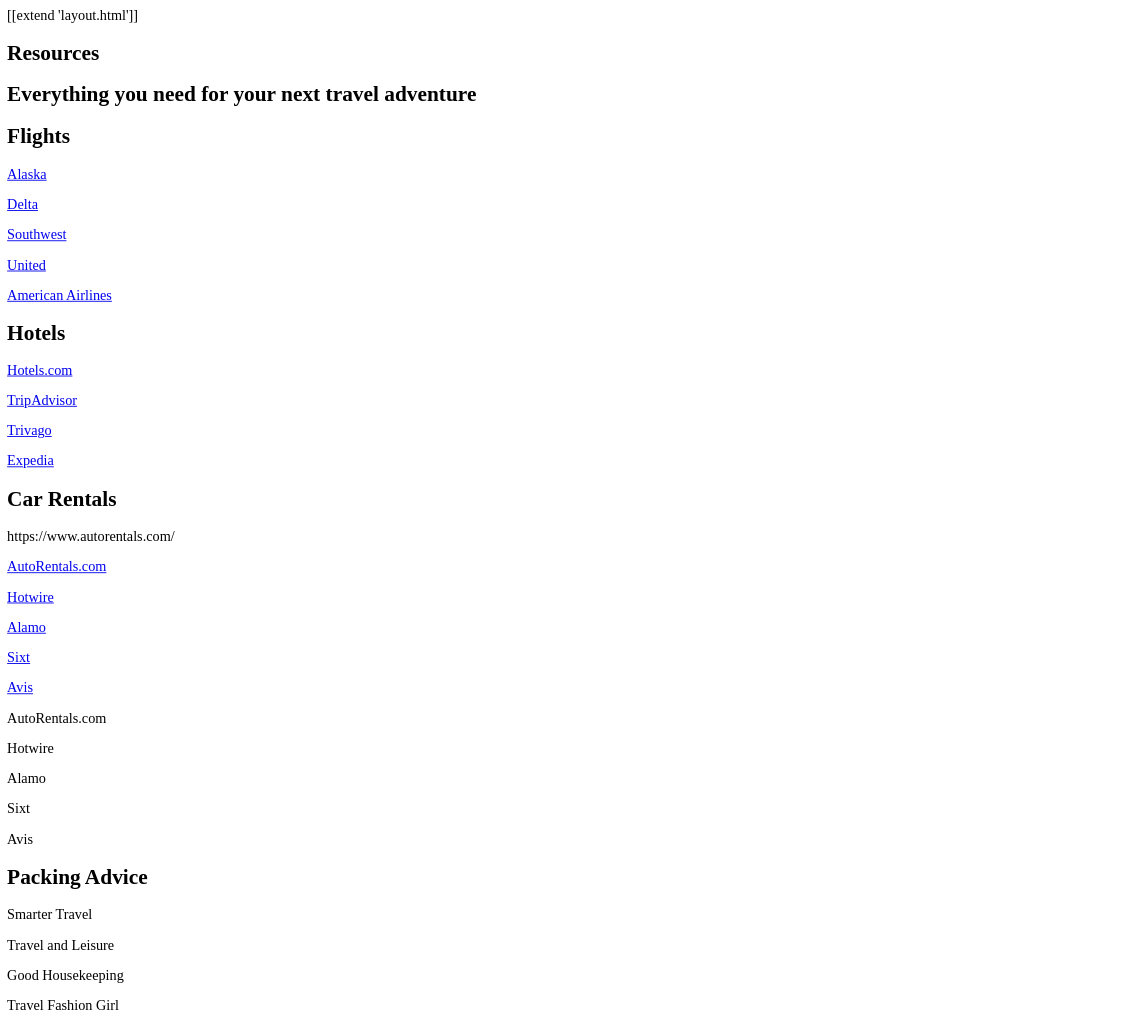
Repository: mreyeszaz/travel-tea-website
Page: templates/resources.html
The author's editor kept a copy of each file at every save. The page is drawn from the files as they stood at one save, then again after the next save.
The browser window is 1280 px wide. The pictures show the whole page, at 89% of full size.

Above is the page before, as saved 2021-05-29 23:03:31.

### templates/resources.html
[[extend 'layout.html']]

<section>
    <div class="section">
        <h1 class="title">Resources</h1>
        <h2 class="subtitle">Everything you need for your next travel adventure</h2>

        <div class="box">
            <h2 class="subtitle">Flights</h2>
            <a href="https://www.alaskaair.com/"><p>Alaska</p></a>
            <a href="https://www.delta.com/"><p>Delta</p></a>
            <a href="https://www.southwest.com/"><p>Southwest</p></a>
            <a href="https://www.united.com/en/us"><p>United</p></a>
            <a href="https://www.aa.com/homePage.do"><p>American Airlines</p></a>

        </div>

        <div class="box">
            <h2 class="subtitle">Hotels</h2>
            <a href="https://www.hotels.com/"><p>Hotels.com</p></a>
            <a href="https://www.tripadvisor.com/"><p>TripAdvisor</p></a>
            <a href="https://www.trivago.com/"><p>Trivago</p></a>
            <a href="https://www.expedia.com/"><p>Expedia</p></a>


        </div>

        <div class="box">
            <h2 class="subtitle">Car Rentals</h2>
            https://www.autorentals.com/
            <a href="https://www.alaskaair.com/"><p>AutoRentals.com</p></a>
            <a href="https://www.delta.com/"><p>Hotwire</p></a>
            <a href="https://www.southwest.com/"><p>Alamo </p></a>
            <a href="https://www.united.com/en/us"><p>Sixt</p></a>
            <a href="https://www.aa.com/homePage.do"><p>Avis</p></a>
            <p> AutoRentals.com </p>
            <p> Hotwire </p>
            <p> Alamo </p>
            <p> Sixt </p>
            <p> Avis </p>
        </div>

        <div class="box">
            <h2 class="subtitle">Packing Advice</h2>
            <p> Smarter Travel </p>
            <p> Travel and Leisure </p>
            <p> Good Housekeeping </p>
            <p> Travel Fashion Girl </p>
        </div>
        <div></div>
    </div>
</section>

After the next save:
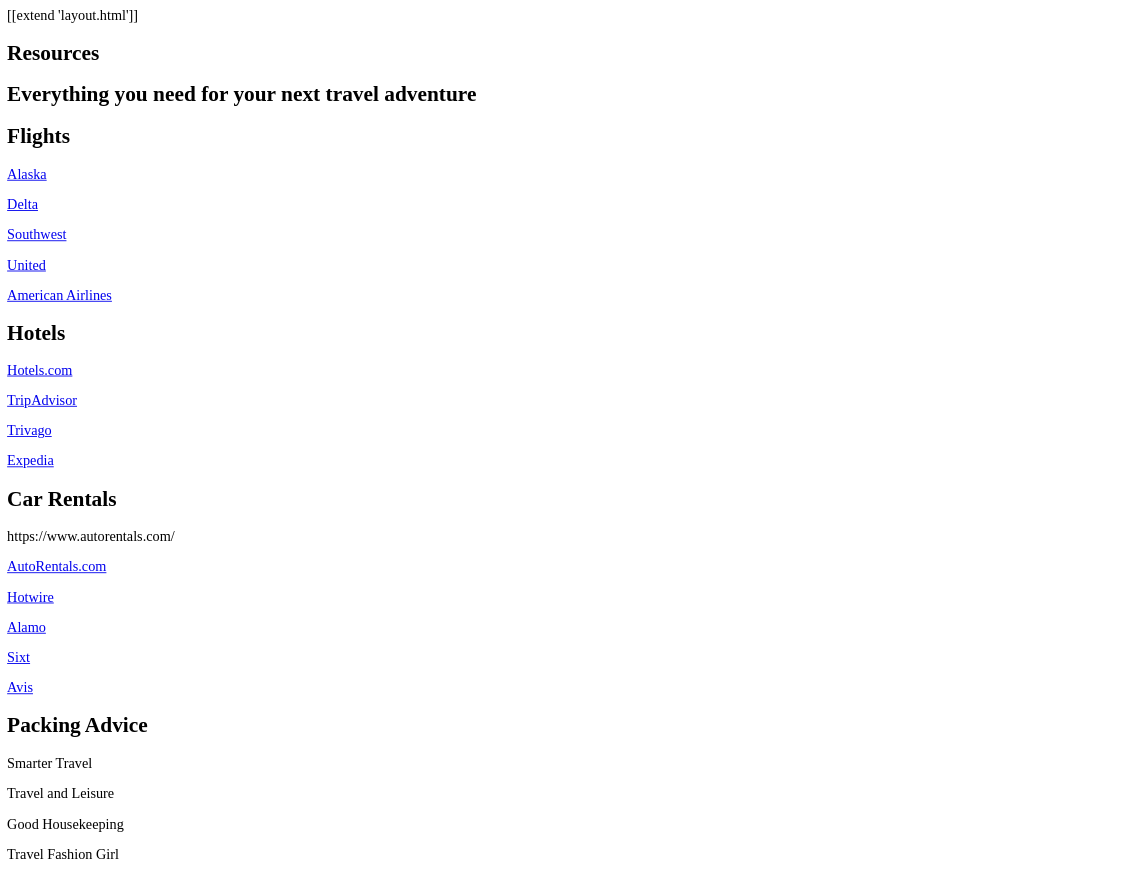
Saved 23 s later.
--- a/templates/resources.html
+++ b/templates/resources.html
@@ -33,11 +33,7 @@
             <a href="https://www.southwest.com/"><p>Alamo </p></a>
             <a href="https://www.united.com/en/us"><p>Sixt</p></a>
             <a href="https://www.aa.com/homePage.do"><p>Avis</p></a>
-            <p> AutoRentals.com </p>
-            <p> Hotwire </p>
-            <p> Alamo </p>
-            <p> Sixt </p>
-            <p> Avis </p>
+
         </div>
 
         <div class="box">
